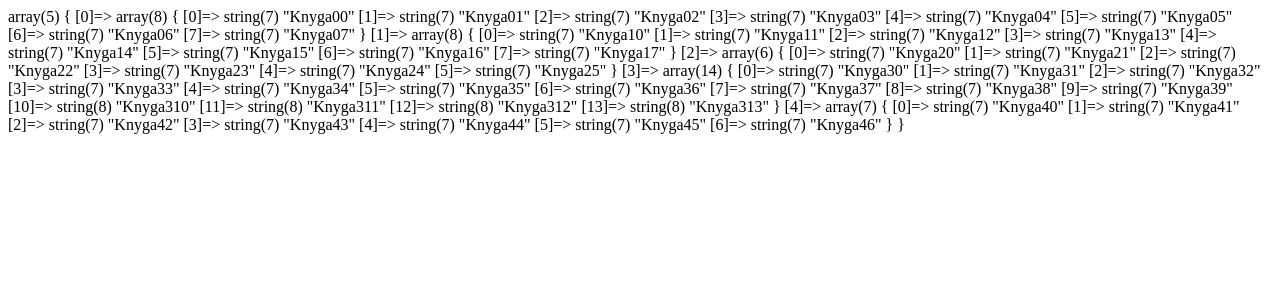
Repository: motiejus1/18-paskaita-PHP-05.31
Page: http://localhost/testavimas/dvimatismasyvas.php
The author's editor kept a copy of each file at every save. The page is drawn from the files as they stood at one save, then again after the next save.
The browser window is 1280 px wide. The pictures show the whole page.
The page is run by PHP 8.4 with error messages shown; the project is at /var/www/html/.

Above is the page before, as saved 2021-09-20 18:24:30.

After the next save:
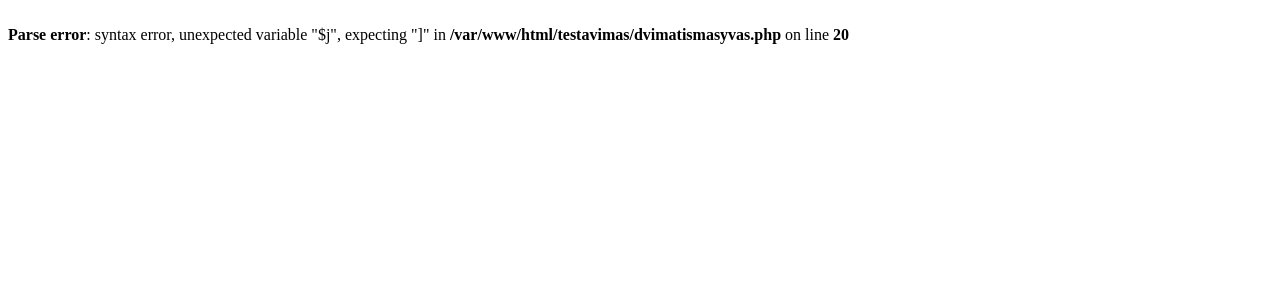
Saved 63 s later.
--- a/testavimas/dvimatismasyvas.php
+++ b/testavimas/dvimatismasyvas.php
@@ -17,7 +17,7 @@
     //atsakingas uz knygas
     $atsitiktinis = rand(5,15); //6
     for($j=0;$j < $atsitiktinis; $j++) {
-        $kategorija[$j] = "Knyga".$i.$j;
+        $kategorija[""$j] = "Knyga".$i.$j;
     }
 
     $knygos[$i] = $kategorija;

After the 2 saves that followed:
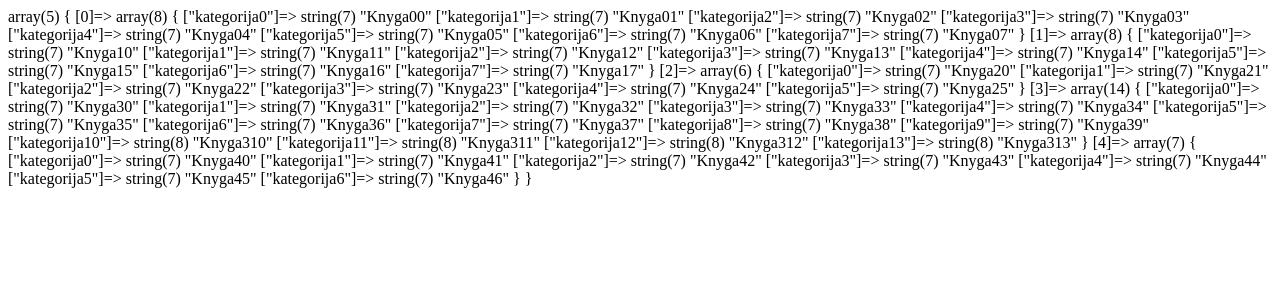
The 2 saves are shown as one change because they came seconds apart.
The last was saved 5 s later.
--- a/testavimas/dvimatismasyvas.php
+++ b/testavimas/dvimatismasyvas.php
@@ -17,7 +17,7 @@
     //atsakingas uz knygas
     $atsitiktinis = rand(5,15); //6
     for($j=0;$j < $atsitiktinis; $j++) {
-        $kategorija[""$j] = "Knyga".$i.$j;
+        $kategorija["kategorija".$j] = "Knyga".$i.$j;
     }
 
     $knygos[$i] = $kategorija;
